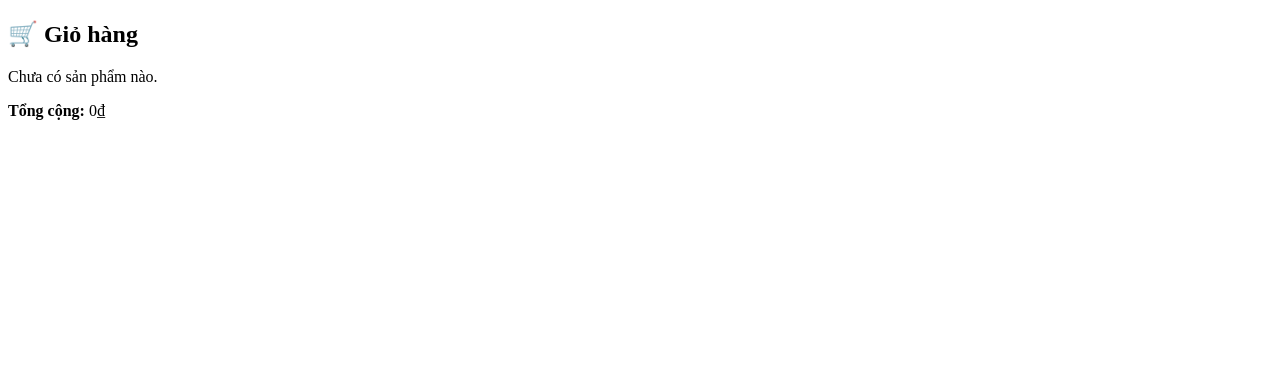
Repository: Ntiendat-2k3/LearnRedux
Page: / (app in QuanlygiohangRedux/)
An editor plug-in stored every save of this project. The page is shown before and after the next save, followed by the edit.
The browser window is 1280 px wide. The pictures show the whole page.
The project was rebuilt for these pictures with package versions that can differ from the ones it lists, and the page was loaded fresh each time. Also part of the build but not shown: QuanlygiohangRedux/vite.config.js.

Above is the page before, as saved 2025-08-03 23:58:37.

### QuanlygiohangRedux/src/main.jsx
import ReactDOM from "react-dom/client";
import App from "./App";
import { Provider } from "react-redux";
import { store } from "./store";

const root = ReactDOM.createRoot(document.getElementById("root"));
root.render(
  <Provider store={store}>
    <App />
  </Provider>
);

### QuanlygiohangRedux/src/App.jsx
import Cart from "./components/Cart";

function App() {
  return (
    <div className="min-h-screen bg-gray-50">
      <Cart></Cart>
    </div>
  );
}

export default App;

### QuanlygiohangRedux/src/store.js
import { configureStore } from "@reduxjs/toolkit";
import productsReducer from "./features/products/productsSlice";
import cartReducer from "./features/cart/cartSlice";

export const store = configureStore({
  reducer: {
    products: productsReducer,
    cart: cartReducer,
  },
});

### QuanlygiohangRedux/src/components/Cart.jsx
// src/components/Cart.js
import { useSelector, useDispatch } from "react-redux";
import { selectCartItems, selectTotalPrice } from "../features/cart/selectors";
import {
  removeFromCart,
  updateQuantity,
  clearCart,
} from "../features/cart/cartSlice";

export default function Cart() {
  const items = useSelector(selectCartItems);
  const total = useSelector(selectTotalPrice);
  const dispatch = useDispatch();

  return (
    <div>
      <h2>🛒 Giỏ hàng</h2>
      {items.length === 0 && <p>Chưa có sản phẩm nào.</p>}
      <ul>
        {items.map((item) => (
          <li key={item.id}>
            {item.name} - {item.price}₫ x {item.quantity}
            <button
              onClick={() =>
                dispatch(
                  updateQuantity({ id: item.id, quantity: item.quantity + 1 })
                )
              }
            >
              +
            </button>
            <button
              onClick={() =>
                dispatch(
                  updateQuantity({ id: item.id, quantity: item.quantity - 1 })
                )
              }
            >
              -
            </button>
            <button onClick={() => dispatch(removeFromCart(item.id))}>
              Xóa
            </button>
          </li>
        ))}
      </ul>
      <p>
        <strong>Tổng cộng:</strong> {total}₫
      </p>
      {items.length > 0 && (
        <button onClick={() => dispatch(clearCart())}>Xóa toàn bộ</button>
      )}
    </div>
  );
}

### QuanlygiohangRedux/src/features/products/productsSlice.js
// src/features/products/productsSlice.js
import { createSlice, nanoid } from "@reduxjs/toolkit";

const initialState = {
  products: [
    { id: "p1", name: "Laptop", price: 1500 },
    { id: "p2", name: "Phone", price: 800 },
  ],
};

const productsSlice = createSlice({
  name: "products",
  initialState,
  reducers: {
    addProduct: {
      reducer(state, action) {
        state.products.push(action.payload);
      },
      prepare(product) {
        return { payload: { ...product, id: nanoid() } };
      },
    },
    updateProduct(state, action) {
      const { id, name, price } = action.payload;
      const prod = state.products.find((p) => p.id === id);
      if (prod) {
        prod.name = name;
        prod.price = price;
      }
    },
    deleteProduct(state, action) {
      state.products = state.products.filter((p) => p.id !== action.payload);
    },
  },
});

export const { addProduct, updateProduct, deleteProduct } =
  productsSlice.actions;
export default productsSlice.reducer;

### QuanlygiohangRedux/src/features/cart/cartSlice.js
// src/features/cart/cartSlice.js
import { createSlice } from "@reduxjs/toolkit";

const initialState = {
  items: [], // [{ id, name, price, quantity }]
};

const cartSlice = createSlice({
  name: "cart",
  initialState,
  reducers: {
    addToCart: (state, action) => {
      const item = action.payload;
      const existing = state.items.find((i) => i.id === item.id);
      if (existing) {
        existing.quantity += item.quantity || 1;
      } else {
        state.items.push({ ...item, quantity: item.quantity || 1 });
      }
    },
    removeFromCart: (state, action) => {
      state.items = state.items.filter((i) => i.id !== action.payload);
    },
    updateQuantity: (state, action) => {
      const { id, quantity } = action.payload;
      const item = state.items.find((i) => i.id === id);
      if (item && quantity > 0) item.quantity = quantity;
    },
    clearCart: (state) => {
      state.items = [];
    },
  },
});

export const { addToCart, removeFromCart, updateQuantity, clearCart } =
  cartSlice.actions;
export default cartSlice.reducer;

### QuanlygiohangRedux/src/features/cart/selectors.js
// src/features/cart/selectors.js
import { createSelector } from "@reduxjs/toolkit";

export const selectCartItems = (state) => state.cart.items;

export const selectTotalPrice = createSelector([selectCartItems], (items) =>
  items.reduce((total, item) => total + item.price * item.quantity, 0)
);

### QuanlygiohangRedux/src/components/ProductManager.jsx
// src/components/ProductManager.js
import { useDispatch, useSelector } from "react-redux";
import {
  addProduct,
  updateProduct,
  deleteProduct,
} from "../features/products/productsSlice";
import { addToCart } from "../features/cart/cartSlice";
import { useState } from "react";

export default function ProductManager() {
  const products = useSelector((state) => state.products.products);
  const dispatch = useDispatch();
  const [form, setForm] = useState({ id: "", name: "", price: "" });

  const handleSubmit = (e) => {
    e.preventDefault();
    const price = parseFloat(form.price);
    if (!form.name || isNaN(price)) return;

    if (form.id) {
      dispatch(updateProduct({ ...form, price }));
    } else {
      dispatch(addProduct({ name: form.name, price }));
    }

    setForm({ id: "", name: "", price: "" });
  };

  const handleEdit = (p) => {
    setForm(p);
  };

  return (
    <div>
      <h2>📦 Quản lý sản phẩm</h2>
      <form onSubmit={handleSubmit}>
        <input
          placeholder="Tên"
          value={form.name}
          onChange={(e) => setForm((f) => ({ ...f, name: e.target.value }))}
        />
        <input
          placeholder="Giá"
          type="number"
          value={form.price}
          onChange={(e) => setForm((f) => ({ ...f, price: e.target.value }))}
        />
        <button type="submit">{form.id ? "Cập nhật" : "Thêm"}</button>
      </form>

      <ul>
        {products.map((p) => (
          <li key={p.id}>
            {p.name} - {p.price}₫
            <button
              onClick={() =>
                dispatch(addToCart({ id: p.id, name: p.name, price: p.price }))
              }
            >
              🛒
            </button>
            <button onClick={() => handleEdit(p)}>✏️</button>
            <button onClick={() => dispatch(deleteProduct(p.id))}>❌</button>
          </li>
        ))}
      </ul>
    </div>
  );
}

Loaded but not shown: QuanlygiohangRedux/index.html (common file)

After the next save:
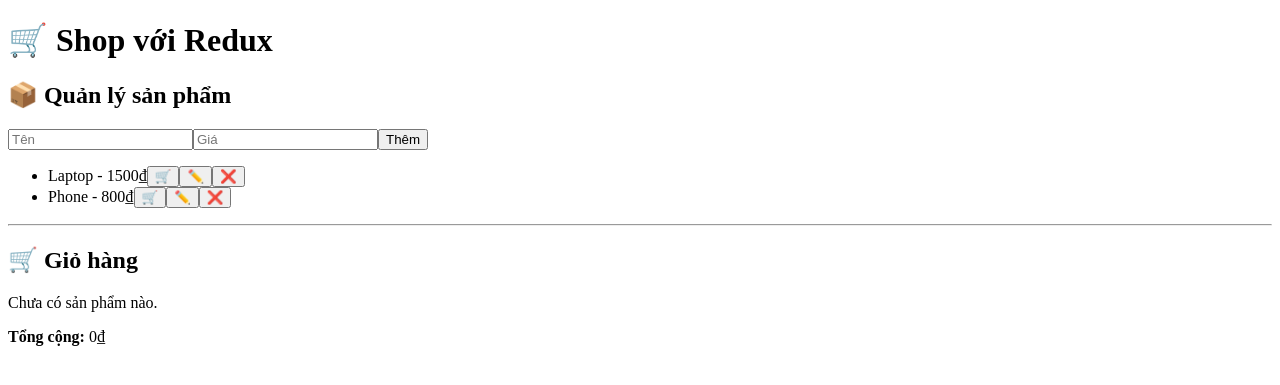
Saved 16 s later.
--- a/QuanlygiohangRedux/src/App.jsx
+++ b/QuanlygiohangRedux/src/App.jsx
@@ -1,9 +1,13 @@
+import ProductManager from "./components/ProductManager";
 import Cart from "./components/Cart";
 
 function App() {
   return (
-    <div className="min-h-screen bg-gray-50">
-      <Cart></Cart>
+    <div className="App">
+      <h1>🛒 Shop với Redux</h1>
+      <ProductManager />
+      <hr />
+      <Cart />
     </div>
   );
 }
